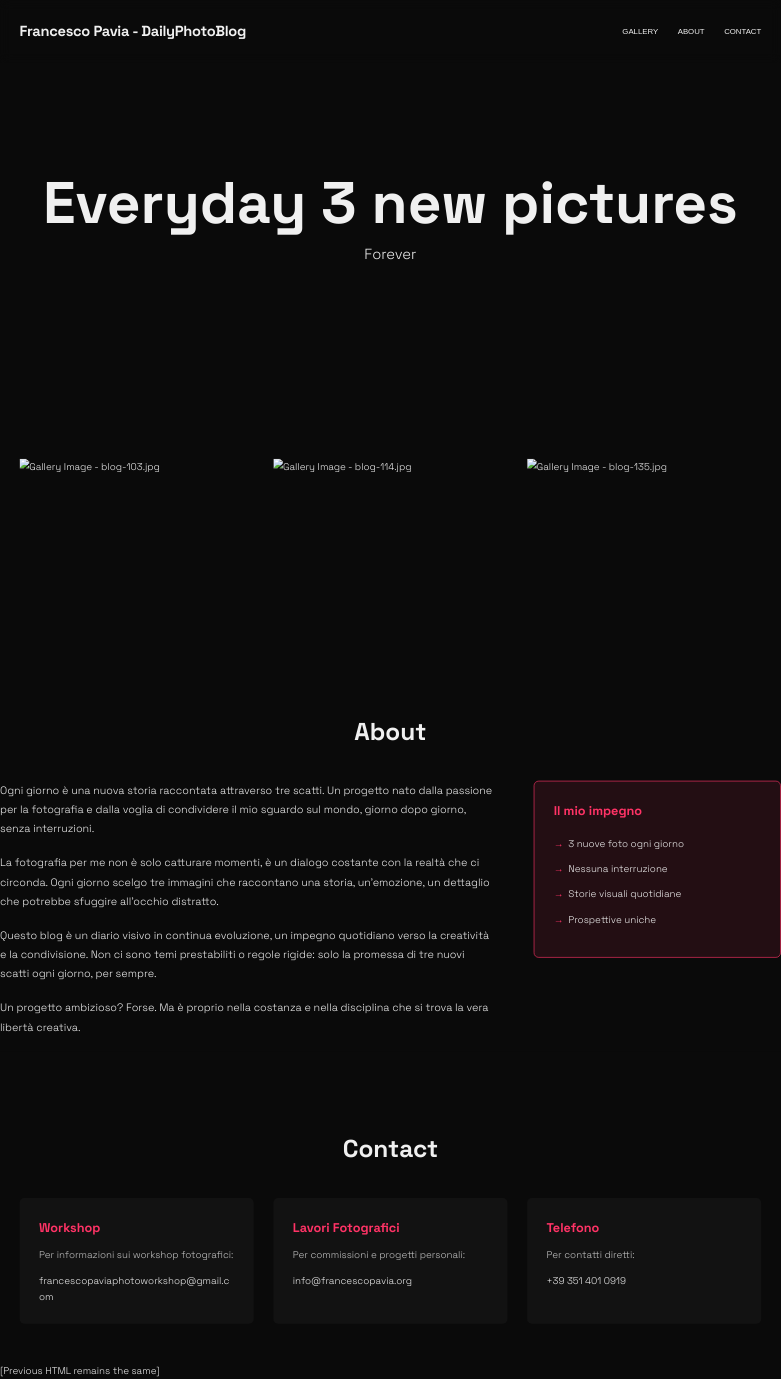
Repository: philipkdpavkia/photo-auto
Page: index.html
An editor plug-in stored every save of this project. The page is shown before and after the next save, followed by the edit.
The browser window is 1280 px wide. The pictures show the whole page, at 61% of full size.
Some web fonts or font styles are not loaded; a fallback is used.

Above is the page before, as saved 2024-11-13 17:22:30.
Not found: images/blog-103.jpg
Not found: images/blog-114.jpg
Not found: images/blog-135.jpg

After the next save:
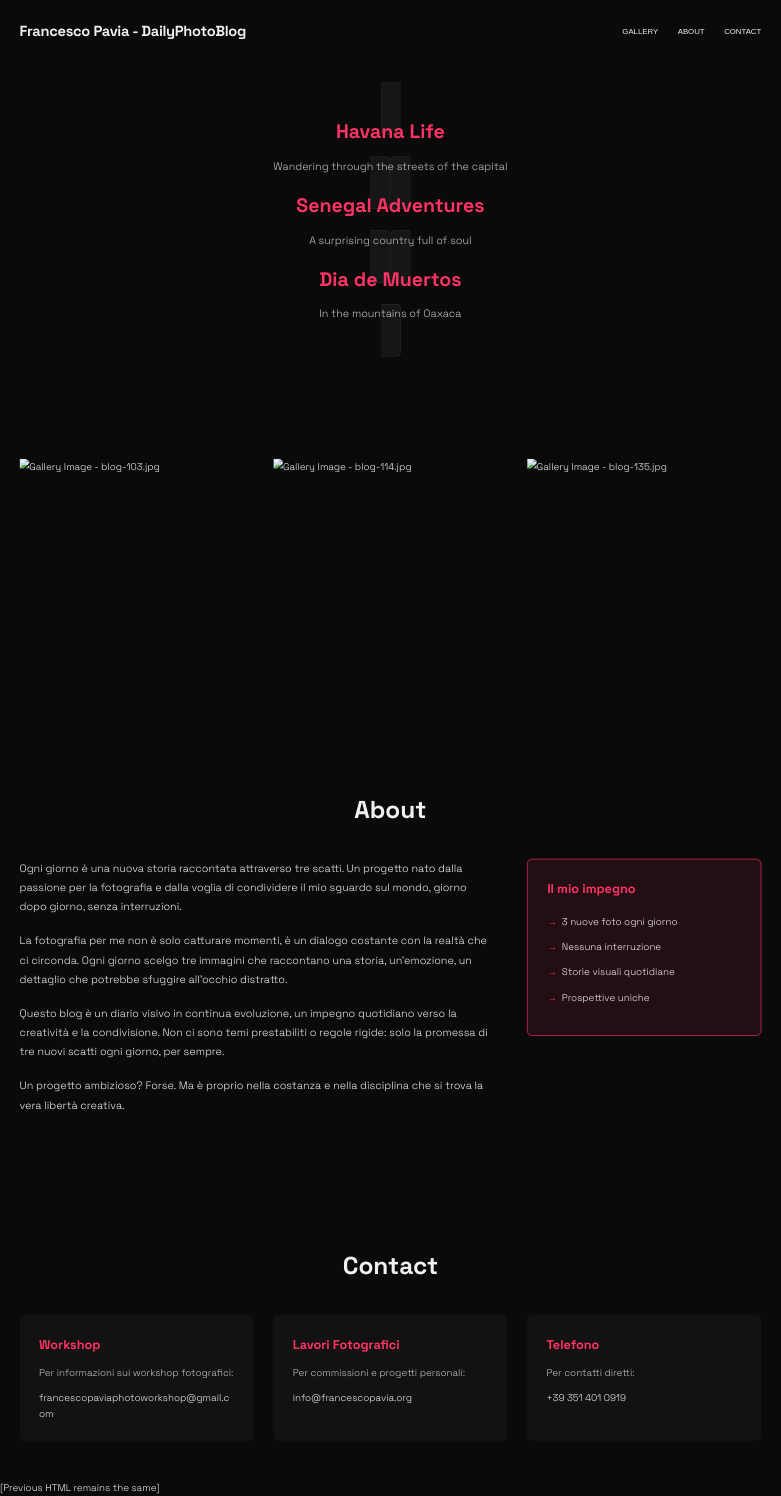
Saved 100 min 36 s later.
--- a/index.html
+++ b/index.html
@@ -296,16 +296,24 @@
    </nav>
   </header>
   <main>
-   <section class="hero">
-    <div class="hero-content">
-     <h1 class="fade-in">
-      Everyday 3 new pictures
-     </h1>
-     <p class="fade-in">
-      Forever
-     </p>
-    </div>
-   </section>
+    <section class="hero">
+        <div class="hero-content">
+            <div class="workshop-grid">
+                <a href="wdcuba.html" class="workshop-card fade-in">
+                    <h2>Havana Life</h2>
+                    <p>Wandering through the streets of the capital</p>
+                </a>
+                <a href="wdsenegal.html" class="workshop-card fade-in">
+                    <h2>Senegal Adventures</h2>
+                    <p>A surprising country full of soul</p>
+                </a>
+                <a href="wdmexico.html" class="workshop-card fade-in">
+                    <h2>Dia de Muertos</h2>
+                    <p>In the mountains of Oaxaca</p>
+                </a>
+            </div>
+        </div>
+    </section>
    <section class="gallery" id="gallery">
     <div class="gallery-item fade-in">
      <img alt="Gallery Image - blog-103.jpg" src="/images/blog-103.jpg"/>
@@ -382,6 +390,48 @@
 
 <style>
 [Previous styles remain the same]
+.workshop-grid {
+    display: grid;
+    grid-template-columns: repeat(3, 1fr);
+    gap: 2rem;
+    max-width: 1200px;
+    margin: 0 auto;
+}
+
+.workshop-card {
+    background: rgba(255, 255, 255, 0.05);
+    padding: 2rem;
+    border-radius: 8px;
+    text-decoration: none;
+    color: var(--primary);
+    transition: var(--transition);
+    border: 1px solid rgba(255, 255, 255, 0.1);
+}
+
+.workshop-card:hover {
+    transform: translateY(-5px);
+    background: rgba(255, 255, 255, 0.1);
+    border-color: var(--accent);
+}
+
+.workshop-card h2 {
+    font-size: 2rem;
+    margin-bottom: 1rem;
+    color: var(--accent);
+}
+
+.workshop-card p {
+    font-size: 1.1rem;
+    opacity: 0.8;
+}
+
+@media (max-width: 768px) {
+    .workshop-grid {
+        grid-template-columns: 1fr;
+        padding: 0 1rem;
+    }
+}
+
 
 /* About Section Styles */
 .about {
@@ -513,6 +563,7 @@ grid-template-columns: 1fr;
 }
 </style>
   </main>
+
   <!-- Lightbox Container -->
   <div class="lightbox">
    <button class="lightbox-close">
